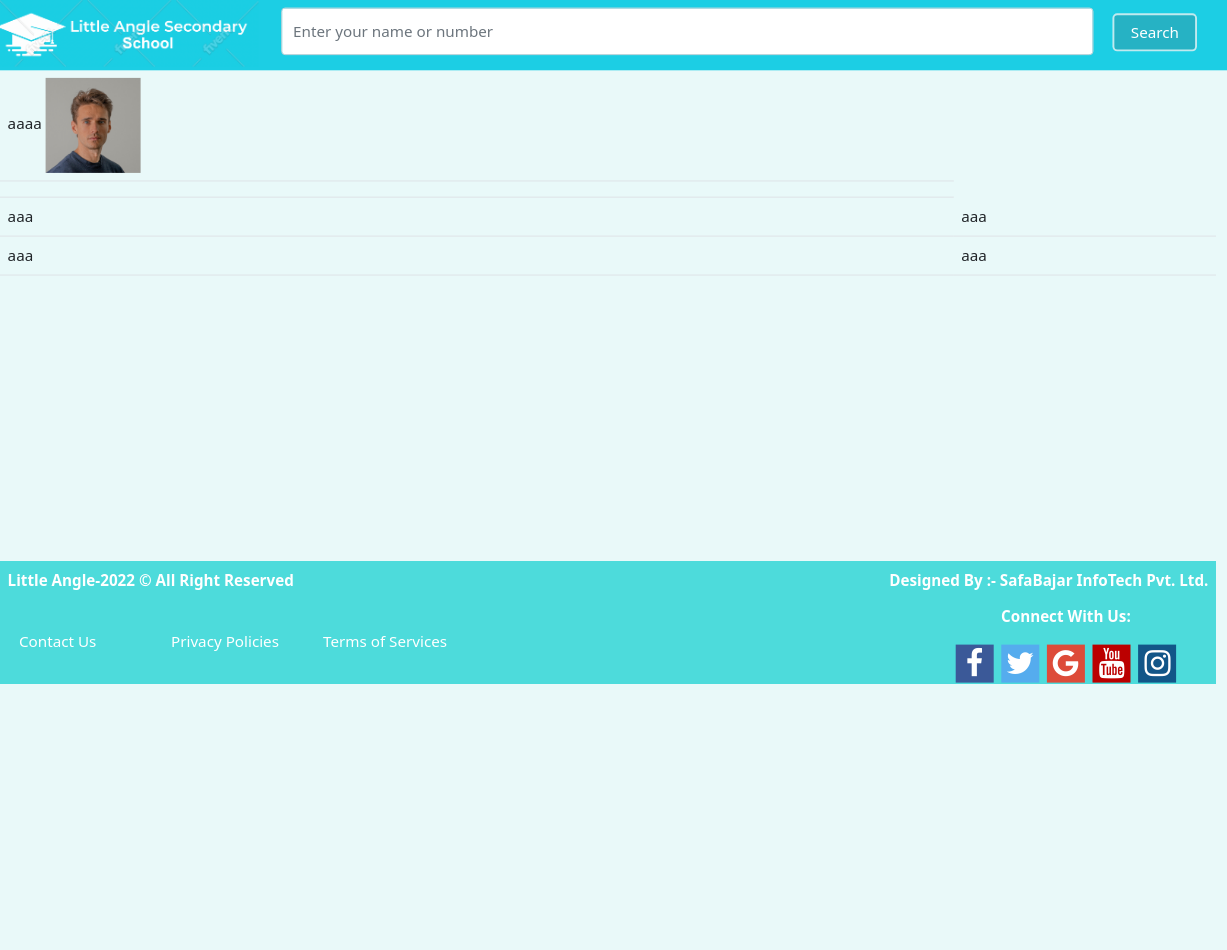
Repository: Sjuicyy/School-Project
Page: profilesview.html
These files come from the project's save history. The page is drawn as it stood at one moment and after a run of saves; the edit follows.
The browser window is 1280 px wide. The page is 1292 px wide, so the pictures cover 1292 px, including what lies to the right of the window. The pictures show the whole page, at 95% of full size.

Above is the page before, as saved 2022-09-22 11:45:34.

After the next 3 saves:
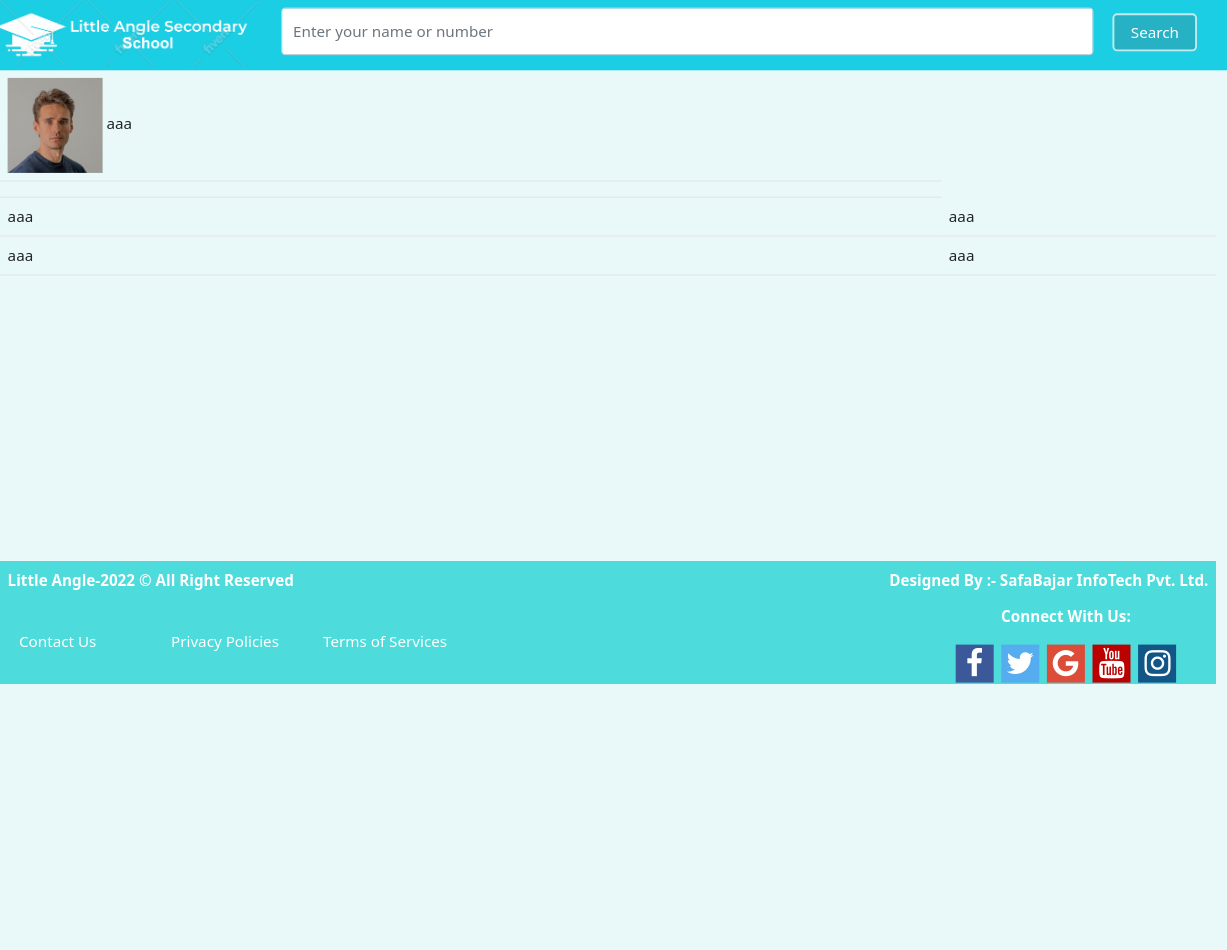
The 3 saves are shown as one change because they came seconds apart.
The last was saved 8 s later.
--- a/profilesview.html
+++ b/profilesview.html
@@ -237,8 +237,9 @@
         <table class="table table-hover">
             <tbody class="table-border-bottom-0">
                 <tr class="text-nowrap">
-                    <td>aaaa
+                    <td>
                         <img src="./profile pic.jpg" width="100px" alt="">
+                        aaa
                     </td>
                 </tr>
                     <td>
